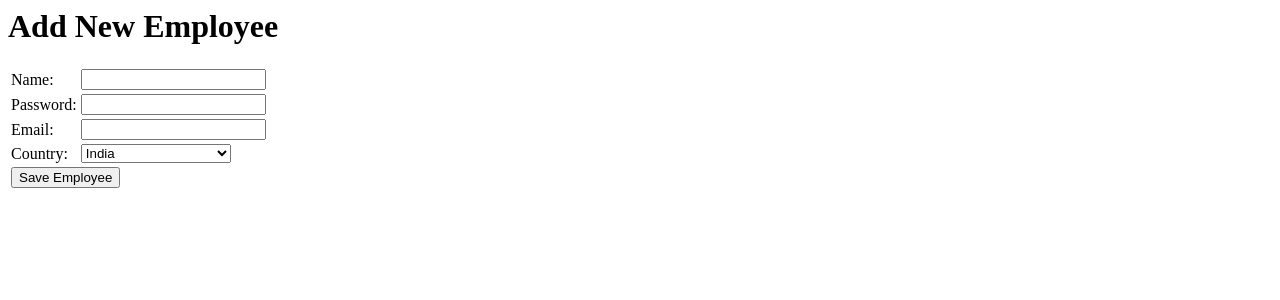
Repository: ErNitesh-d/java-program
Page: http://localhost/JSP_CON/
An editor plug-in stored every save of this project. The page is shown before and after the next save, followed by the edit.
The browser window is 1280 px wide. The pictures show the whole page.
The page is served by Tomcat 9.

Above is the page before, as saved 2022-09-28 15:07:49.

After the next save:
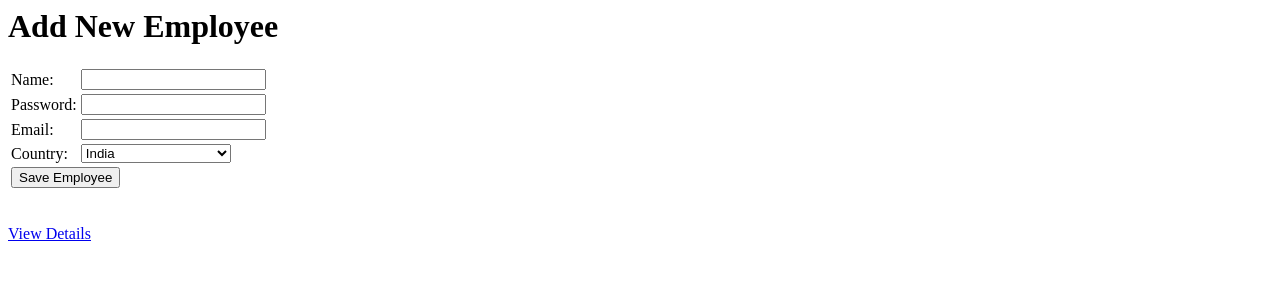
Saved 32 s later.
--- a/JAVA PROJECTS/JSP_CON/WebContent/index.jsp
+++ b/JAVA PROJECTS/JSP_CON/WebContent/index.jsp
@@ -32,3 +32,10 @@
 <tr>
 <td colspan="2"><input type="submit" value="Save Employee"/></td>
 </tr>
+
+</table>
+</form>
+<br/>
+<a href="Reg Detail.jsp">View Details</a>
+</body>
+</html>
